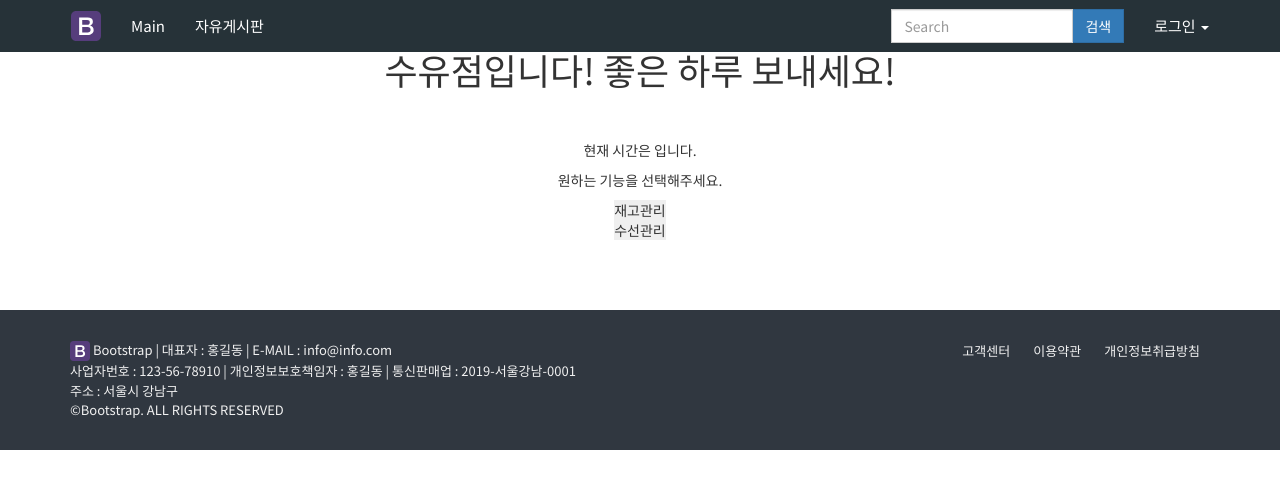
Repository: RattenLegs/Project_Inventory
Page: http://localhost/Project_Inventory/WEB-INF/repairboard/repairList.jsp
These files come from the project's save history. The page is drawn as it stood at one moment and after the next save; the edit follows.
The browser window is 1280 px wide. The pictures show the whole page.
Some web libraries are served in a nearby version. The page is served by Tomcat 9. Nobody is signed in. The template is opened directly, without the code that normally fills it, so the values that code supplies are empty.

Above is the page before, as saved 2022-11-30 11:15:44.

After the next save:
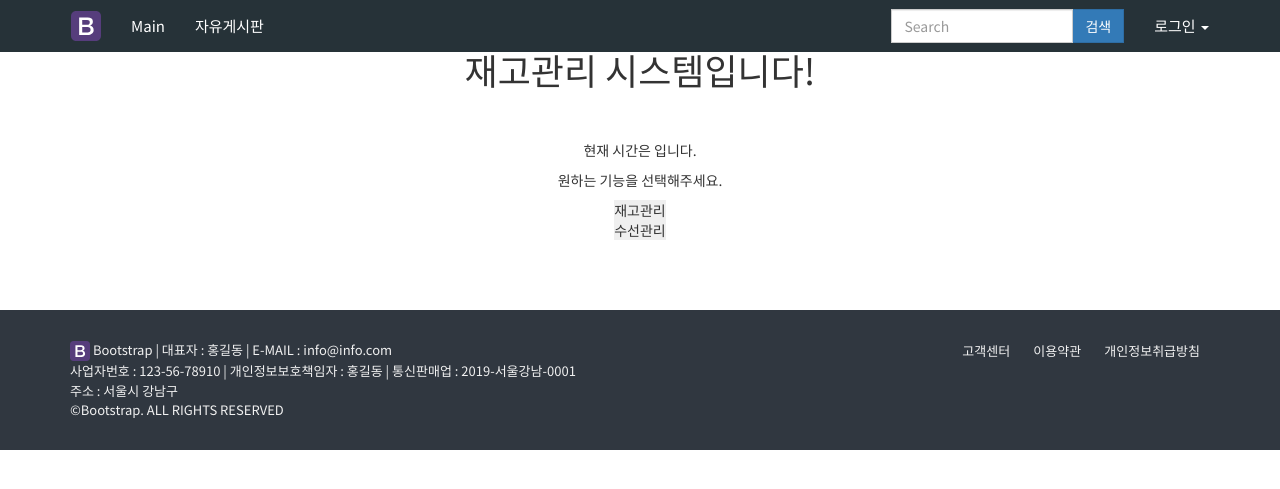
Saved 7 s later.
--- a/Project_Inventory/src/main/webapp/WEB-INF/repairboard/repairList.jsp
+++ b/Project_Inventory/src/main/webapp/WEB-INF/repairboard/repairList.jsp
@@ -14,7 +14,7 @@
 <body>
 	<section>
 		<div style="text-align: center">
-			<h1>수유점입니다! 좋은 하루 보내세요!</h1>
+			<h1>재고관리 시스템입니다!</h1>
 		</div>
 	</section>
 	<section>
